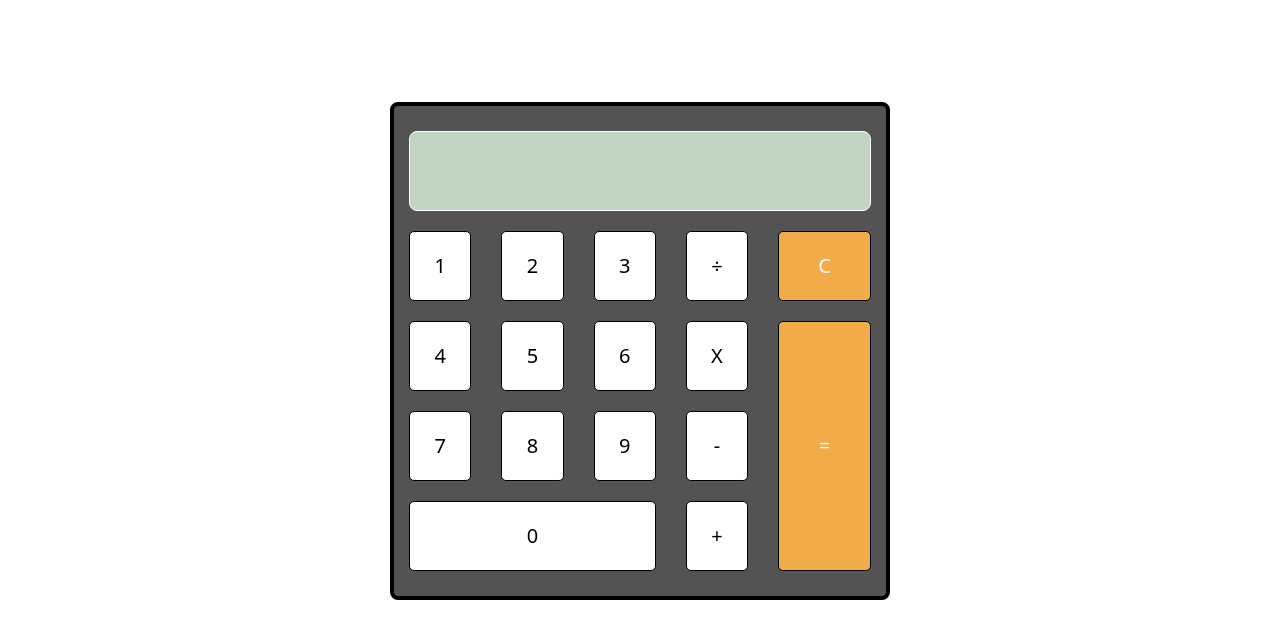
Repository: jsakdalan/CalculatorReactTypescript
Page: /
The author's editor kept a copy of each file at every save. The page is drawn from the files as they stood at one save, then again after the next save.
The browser window is 1280 px wide. The pictures show the whole page.
The project was rebuilt for these pictures with package versions that can differ from the ones it lists, and the page was loaded fresh each time. Also part of the build but not shown: src/App.css.

Above is the page before, as saved 2022-06-07 17:32:01.

### src/App.tsx
import  Calculator from './pages/Calculator';
import './App.css';
import 'bootstrap/dist/css/bootstrap.min.css'

export default function App() {

  return(
    <Calculator/>
  )
}

### src/pages/Calculator.tsx
import React from 'react';
import Col from 'react-bootstrap/Col';
import Container from 'react-bootstrap/Container';
import Row from 'react-bootstrap/Row';
import Button from 'react-bootstrap/Button';
import InputGroup from 'react-bootstrap/InputGroup';
import FormControl from 'react-bootstrap/FormControl';
import './Calculator.css'

export default function TextEditor(){

    interface Screen{
        styling: string;
    }

    interface Buttons {
        styling: string;
        btnNumber: string;
    }

    const Screen = (props:Screen) => {
        return(
            <InputGroup size="lg" className={props.styling}>
                    <FormControl
      aria-label="Default"
      aria-describedby="inputGroup-sizing-default"
    />
            </InputGroup>
        )
    }

    const Buttons = (props:Buttons) => {
        return(
            <Button className={props.styling}>
                {props.btnNumber}
            </Button>
        )
    }

    return(
        <>
            <Container className="container">
                <Row>
                    <Col><Screen styling="screen"/></Col>
                </Row>
                <Row>
                    <Col md={9}>
                        <Row>
                            <Col md={12}>
                                <Row>
                                    <Col md={3}><Buttons styling="numerical" btnNumber="1"/></Col>
                                    <Col md={3}><Buttons styling="numerical" btnNumber="2"/></Col>
                                    <Col md={3}><Buttons styling="numerical" btnNumber="3"/></Col>
                                    <Col md={3}><Buttons styling="operational" btnNumber="&#247;"/></Col>
                                </Row>
                            </Col>
                            <Col md={12}>
                                <Row>
                                    <Col md={3}><Buttons styling="numerical" btnNumber="4"/></Col>
                                    <Col md={3}><Buttons styling="numerical" btnNumber="5"/></Col>
                                    <Col md={3}><Buttons styling="numerical" btnNumber="6"/></Col>
                                    <Col md={3}><Buttons styling="operational" btnNumber="X"/></Col>
                                </Row>
                            </Col>
                            <Col md={12}>
                                <Row>
                                    <Col md={3}><Buttons styling="numerical" btnNumber="7"/></Col>
                                    <Col md={3}><Buttons styling="numerical" btnNumber="8"/></Col>
                                    <Col md={3}><Buttons styling="numerical" btnNumber="9"/></Col>
                                    <Col md={3}><Buttons styling="operational" btnNumber="-"/></Col>
                                </Row>
                            </Col>
                            <Col md={12}>
                                <Row>
                                    <Col md={9}><Buttons styling="numerical" btnNumber="0"/></Col>
                                    <Col md={3}><Buttons styling="numerical" btnNumber="+"/></Col>
                                </Row>
                            </Col>
                        </Row>
                    </Col>
                    <Col md={3}>
                        <Row>
                            <Col>
                                <Row>
                                    <Col md={12}><Buttons styling="erase" btnNumber="C"/></Col>
                                    <Col md={12}><Buttons styling="equals" btnNumber="="/></Col>
                                </Row>
                            </Col>
                        </Row>
                    </Col>
                </Row>
            </Container>
        </>
    )
}

### src/pages/Calculator.css
*{
    font-weight: bold;
    font-size: 20px;
    text-align: center;
}

.container{
    margin-top:8%;
    max-width: 500px!important;
    width: 400px;
    display: flex;
    flex-direction: column;
    border: 4px solid black;
    padding: 15px!important;
    border-radius: 8px;
    background-color: #535353;
}

.screen{
    width: 100%;
    padding: 10px;
    margin: 10px 0px 10px 0px;
    background-color: #c3d4c3;
    border-radius: 8px;
    border: 0.5px solid white;
}

.input-group>.form-control{
    position: relative;
    flex: 1 1 auto;
    width: 1%;
    background-color: #c3d4c3;
    min-width: 0;
    border: none;
}

.btn-primary{
    border:0.5px solid black!important;
}

.numerical{
    background-color: #ffffff!important;
    height: 70px;
    color: black!important;
    width: 100%;
    padding: 10px;
    margin: 10px 0px 10px 0px;
    background-color: #eeeeee;
}

.operational{
    background-color: #ffffff!important;
    height: 70px;
    color: black!important;
    width: 100%;
    padding: 10px;
    margin: 10px 0px 10px 0px;
}

.equals{
    background-color: #f1ab48!important;
    height: 250px;
    width: 100%;
    padding: 10px;
    margin: 10px 0px 10px 0px;
}

.erase{
    background-color: #f1ab48!important;
    height: 70px;
    width: 100%;
    padding: 10px;
    margin: 10px 0px 10px 0px;
}

Loaded but not shown: public/index.html (common file); src/index.tsx (common file); src/index.css (common file); src/reportWebVitals.ts (common file)

After the next save:
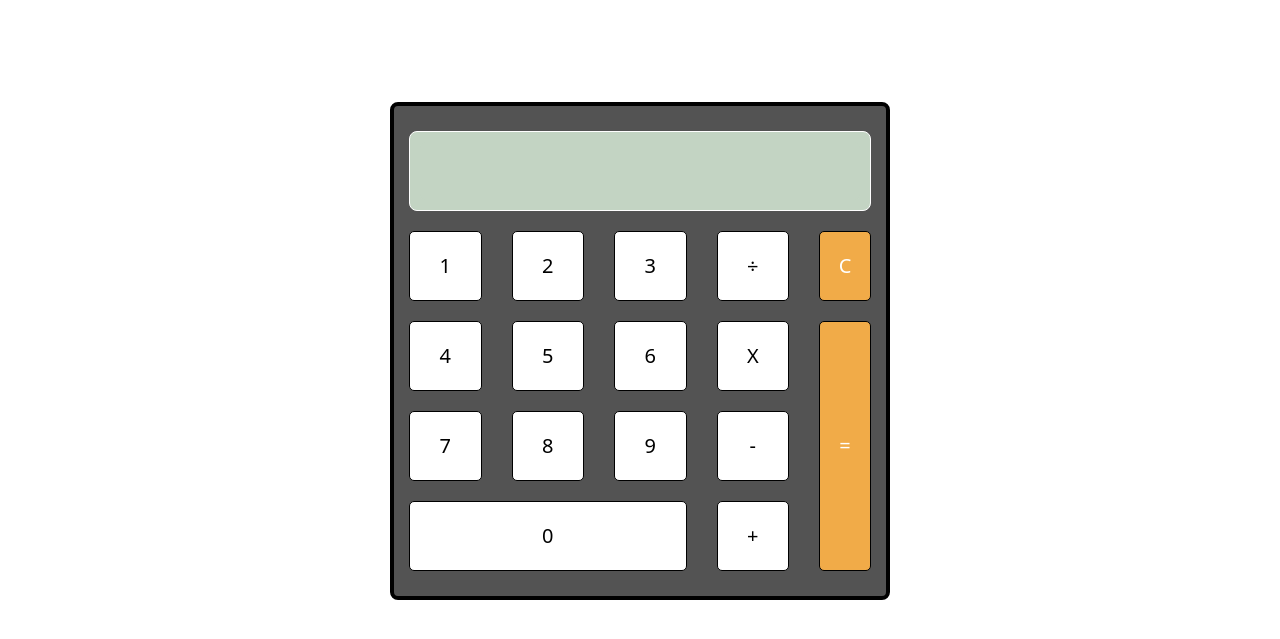
Saved 2 min 33 s later.
--- a/src/pages/Calculator.tsx
+++ b/src/pages/Calculator.tsx
@@ -44,7 +44,7 @@ export default function TextEditor(){
                     <Col><Screen styling="screen"/></Col>
                 </Row>
                 <Row>
-                    <Col md={9}>
+                    <Col md={10}>
                         <Row>
                             <Col md={12}>
                                 <Row>
@@ -78,7 +78,7 @@ export default function TextEditor(){
                             </Col>
                         </Row>
                     </Col>
-                    <Col md={3}>
+                    <Col md={2}>
                         <Row>
                             <Col>
                                 <Row>
